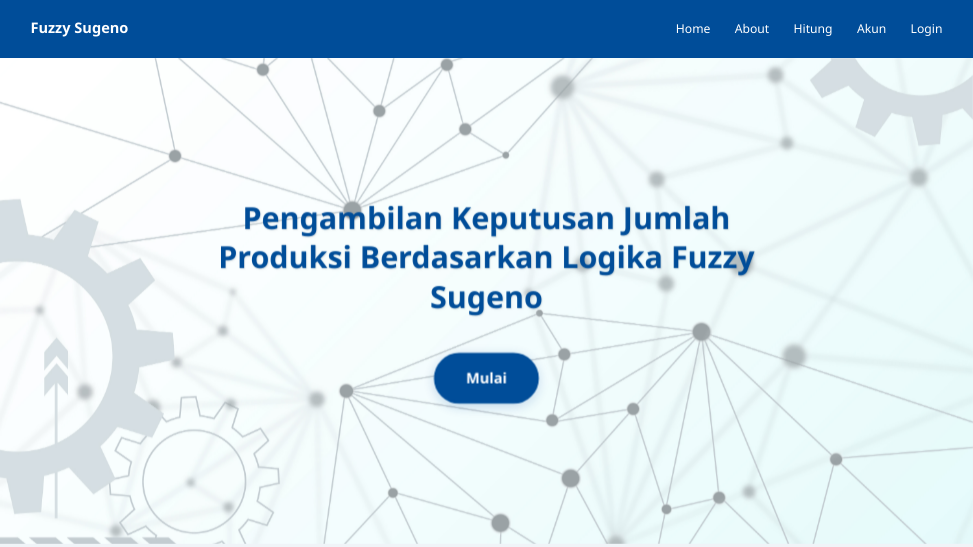
Repository: Senicccc/Defuzzy-Sugeno
Page: http://localhost/
These files come from the project's save history. The page is drawn as it stood at one moment and after a run of saves; the edit follows.
The browser window is 1280 px wide. The pictures show the whole page, at 76% of full size.
The page is run by PHP 8.4 with error messages shown; the project is at /var/www/html/.

Above is the page before, as saved 2025-06-08 11:05:30.

After the next 2 saves:
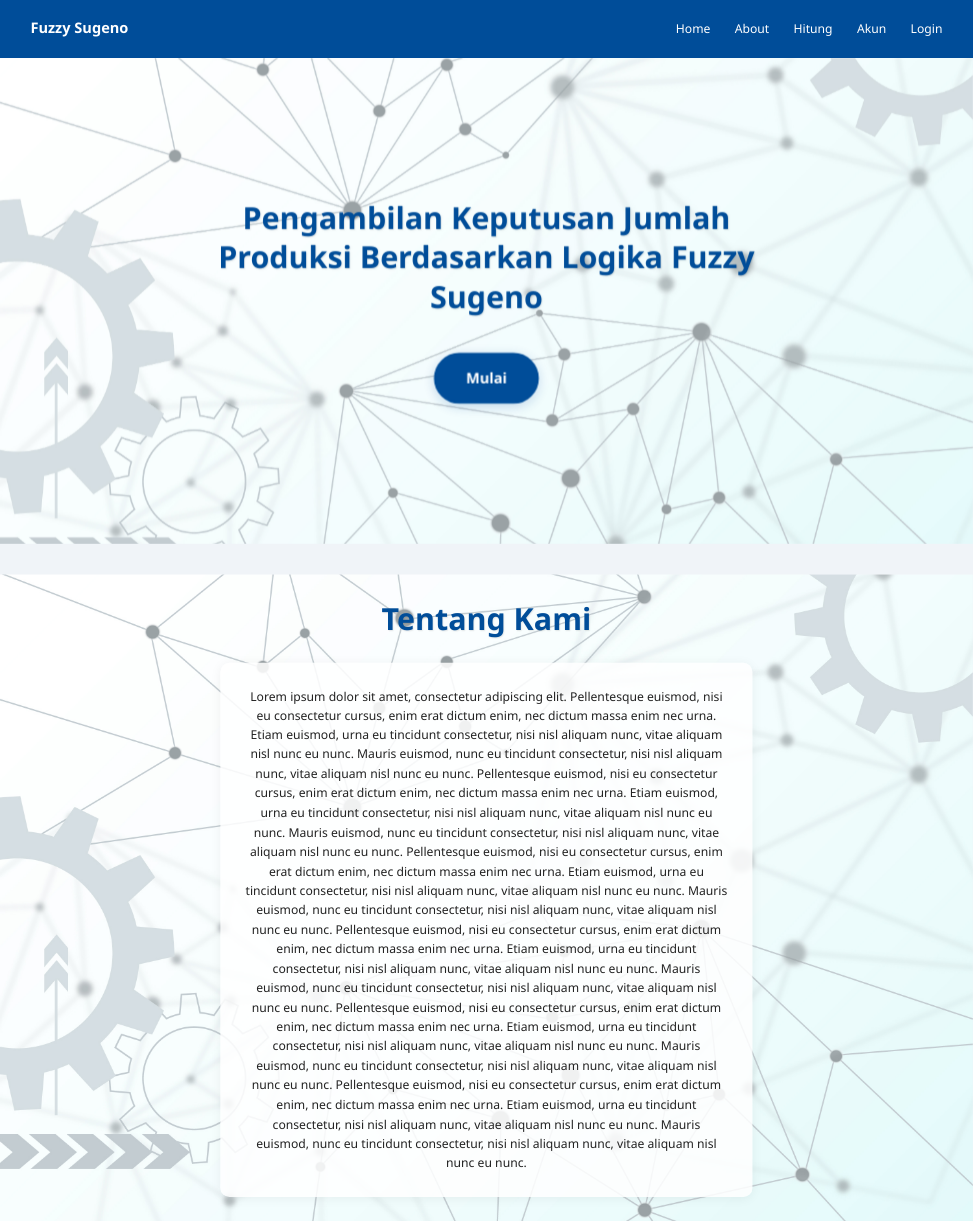
The 2 saves are shown as one change because they came seconds apart.
The last was saved 2 min 27 s later.
--- a/index.php
+++ b/index.php
@@ -20,6 +20,35 @@
         <a href="php/form.php" class="start-button">Mulai</a>
     </section>
 
+    <section class="hero"
+        style="background: url('img/menu-bg.jpg') center center/cover no-repeat; min-height:unset; margin-top:40px;">
+        <h1>Tentang Kami</h1>
+        <div
+            style="max-width: 700px; margin: 0 auto; background: rgba(255,255,255,0.85); border-radius: 12px; padding: 2rem; color: #222; box-shadow: 0 2px 16px rgba(0,0,0,0.06);">
+            <p>
+                Lorem ipsum dolor sit amet, consectetur adipiscing elit. Pellentesque euismod, nisi eu consectetur
+                cursus, enim erat dictum enim, nec dictum massa enim nec urna. Etiam euismod, urna eu tincidunt
+                consectetur, nisi nisl aliquam nunc, vitae aliquam nisl nunc eu nunc. Mauris euismod, nunc eu tincidunt
+                consectetur, nisi nisl aliquam nunc, vitae aliquam nisl nunc eu nunc. Pellentesque euismod, nisi eu
+                consectetur cursus, enim erat dictum enim, nec dictum massa enim nec urna. Etiam euismod, urna eu
+                tincidunt consectetur, nisi nisl aliquam nunc, vitae aliquam nisl nunc eu nunc. Mauris euismod, nunc eu
+                tincidunt consectetur, nisi nisl aliquam nunc, vitae aliquam nisl nunc eu nunc. Pellentesque euismod,
+                nisi eu consectetur cursus, enim erat dictum enim, nec dictum massa enim nec urna. Etiam euismod, urna
+                eu tincidunt consectetur, nisi nisl aliquam nunc, vitae aliquam nisl nunc eu nunc. Mauris euismod, nunc
+                eu tincidunt consectetur, nisi nisl aliquam nunc, vitae aliquam nisl nunc eu nunc. Pellentesque euismod,
+                nisi eu consectetur cursus, enim erat dictum enim, nec dictum massa enim nec urna. Etiam euismod, urna
+                eu tincidunt consectetur, nisi nisl aliquam nunc, vitae aliquam nisl nunc eu nunc. Mauris euismod, nunc
+                eu tincidunt consectetur, nisi nisl aliquam nunc, vitae aliquam nisl nunc eu nunc. Pellentesque euismod,
+                nisi eu consectetur cursus, enim erat dictum enim, nec dictum massa enim nec urna. Etiam euismod, urna
+                eu tincidunt consectetur, nisi nisl aliquam nunc, vitae aliquam nisl nunc eu nunc. Mauris euismod, nunc
+                eu tincidunt consectetur, nisi nisl aliquam nunc, vitae aliquam nisl nunc eu nunc. Pellentesque euismod,
+                nisi eu consectetur cursus, enim erat dictum enim, nec dictum massa enim nec urna. Etiam euismod, urna
+                eu tincidunt consectetur, nisi nisl aliquam nunc, vitae aliquam nisl nunc eu nunc. Mauris euismod, nunc
+                eu tincidunt consectetur, nisi nisl aliquam nunc, vitae aliquam nisl nunc eu nunc.
+            </p>
+        </div>
+    </section>
+
 </body>
 
 </html>
